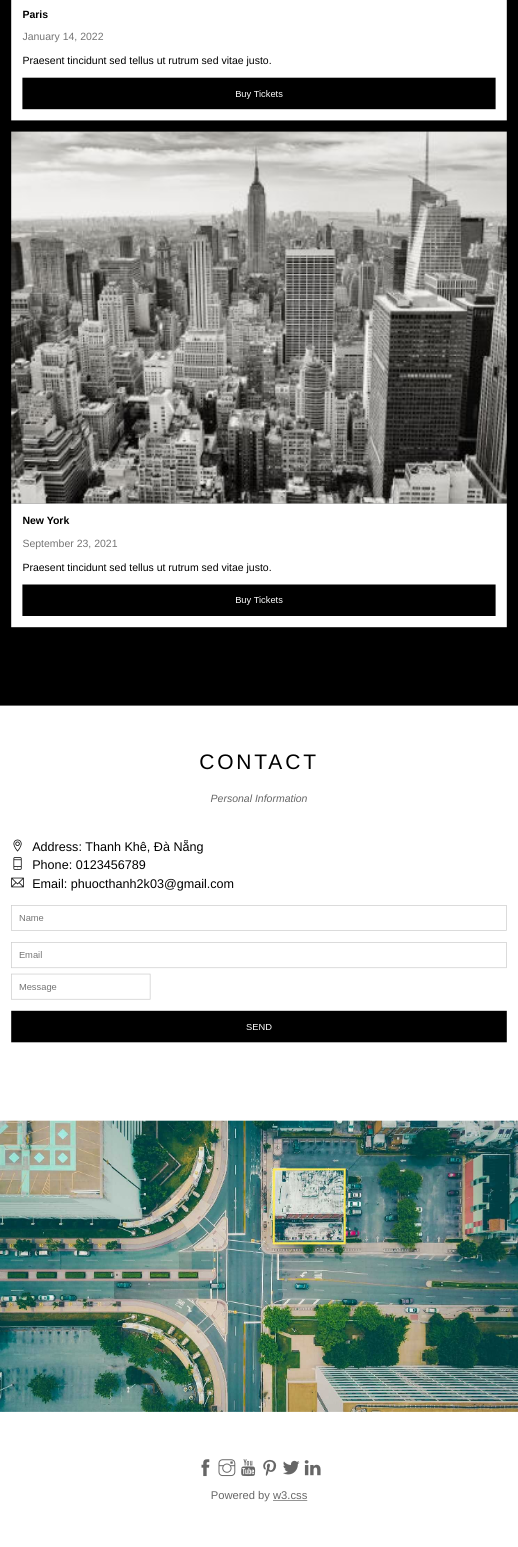
Repository: vophuocthanh/phuocthanhk03
Page: index.html
These files come from the project's save history. The page is drawn as it stood at one moment and after the next save; the edit follows.
The browser window is 740 px wide. The pictures show the part of the page from y = 3130 to 5370 px (the page is 5340 px tall before and 5370 px after), at 70% of full size.

Above is the page before, as saved 2022-04-26 16:20:20.

After the next save:
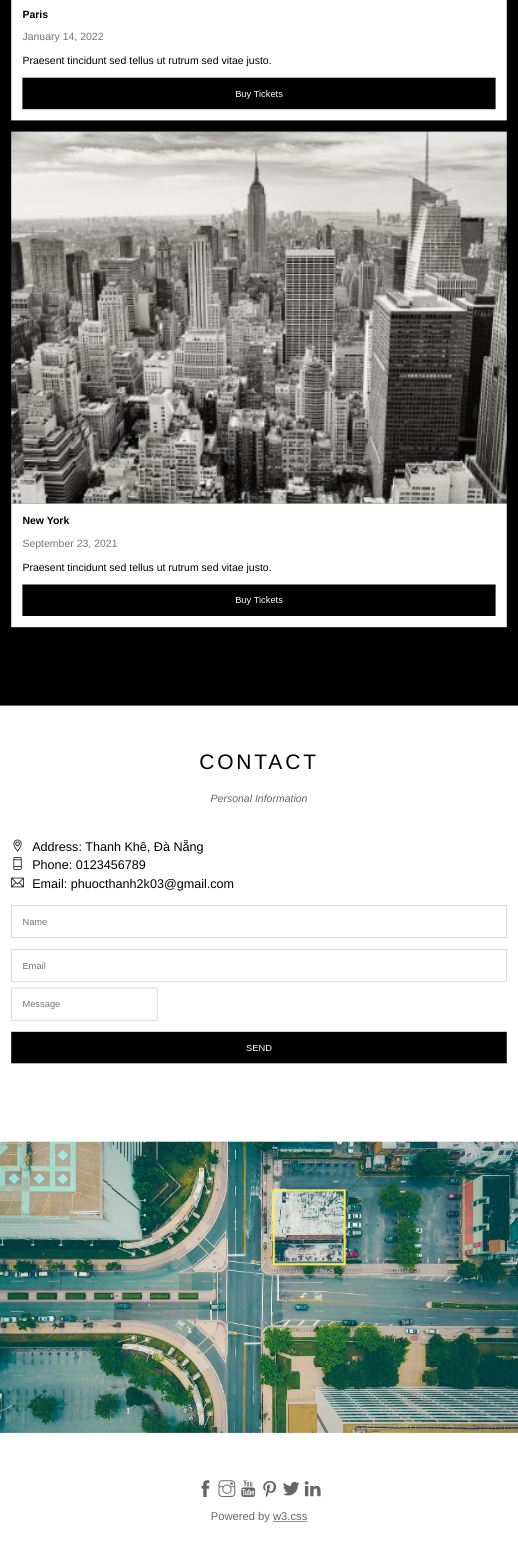
Saved 59 s later.
--- a/asset/css/responsive.css
+++ b/asset/css/responsive.css
@@ -1,4 +1,4 @@
-/* PC */
+    /* PC */
 
 
 /* Tren 1024px thi se chay duoc */
@@ -12,65 +12,57 @@
     .btn {
         padding: 15px 16px;
     }
-}
-
-
-/* Tablet */
-
-
-/* Tren 740 va duoi 1023px thi tablet se chay duoc */
-
-@media (min-width: 740px) and (max-width: 1023px) {}
-
-
-/*
+    .contact-form .form-control {
+        padding: 15px;
+    }
+    /* Tablet */
+    /* Tren 740 va duoi 1023px thi tablet se chay duoc */
+    @media (min-width: 740px) and (max-width: 1023px) {}
+    /*
     Mobile
  */
-
-
-/* Duoi 740px thi se chay duoc */
-
-@media (max-width: 740px) {
-    .s-full-width,
-    .s-col-full {
-        width: 100% !important;
+    /* Duoi 740px thi se chay duoc */
+    @media (max-width: 740px) {
+        .s-full-width,
+        .s-col-full {
+            width: 100% !important;
+        }
+        .s-mt-8 {
+            margin-top: 16px !important;
+        }
+        #header {
+            overflow: hidden;
+        }
+        #header .mobile-menu-btn {
+            display: block;
+        }
+        #header .search-btn {
+            display: none;
+        }
+        #nav {
+            display: block;
+        }
+        #nav li a {
+            padding: 1px 24px;
+        }
+        #nav>li {
+            display: block;
+        }
+        #nav>li:first-child {
+            display: inline-block;
+        }
+        #nav .subnav {
+            position: initial;
+            background-color: #333;
+        }
+        #nav .subnav a {
+            color: #fff;
+            padding: 5px 41px;
+        }
+        #content .menber-img {
+            width: 60%;
+        }
+        .contact-form {
+            margin-top: 16px;
+        }
     }
-    .s-mt-8 {
-        margin-top: 16px !important;
-    }
-    #header {
-        overflow: hidden;
-    }
-    #header .mobile-menu-btn {
-        display: block;
-    }
-    #header .search-btn {
-        display: none;
-    }
-    #nav {
-        display: block;
-    }
-    #nav li a {
-        padding: 1px 24px;
-    }
-    #nav>li {
-        display: block;
-    }
-    #nav>li:first-child {
-        display: inline-block;
-    }
-    #nav .subnav {
-        position: initial;
-        background-color: #333;
-    }
-    #nav .subnav a {
-        color: #fff;
-        padding: 5px 41px;
-    }
-    #content .menber-img {
-        width: 60%;
-    }
-    .contact-form {
-        margin-top: 16px;
-    }
-}
